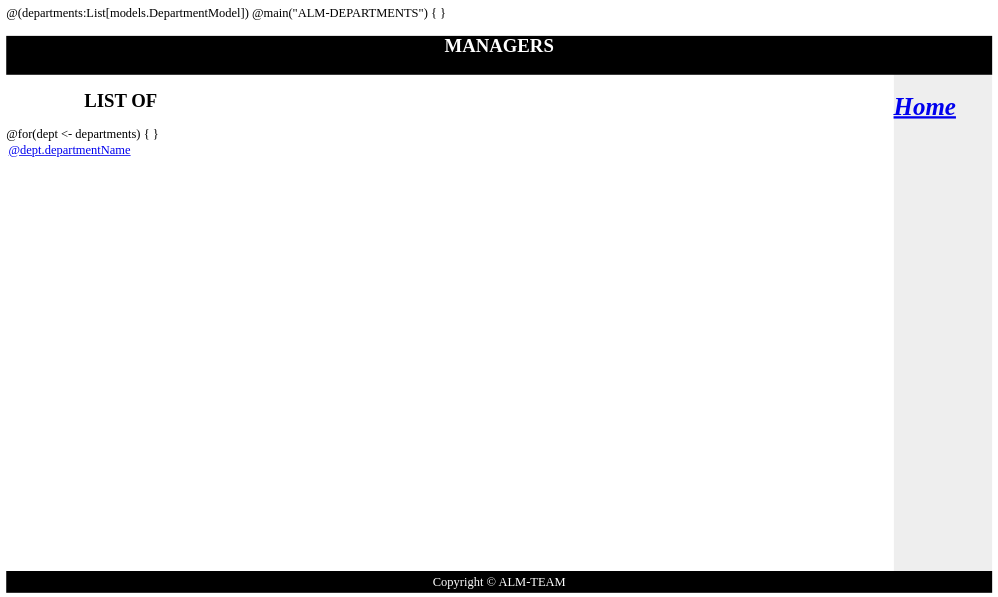
Repository: sumitkum200690/PLAY_SLICK
Page: Play_DB/app/views/allDepartmentPage.scala.html
The author's editor kept a copy of each file at every save. The page is drawn from the files as they stood at one save, then again after the next save.
The browser window is 1280 px wide. The pictures show the whole page, at 78% of full size.

Above is the page before, as saved 2015-09-25 10:31:10.

After the next save:
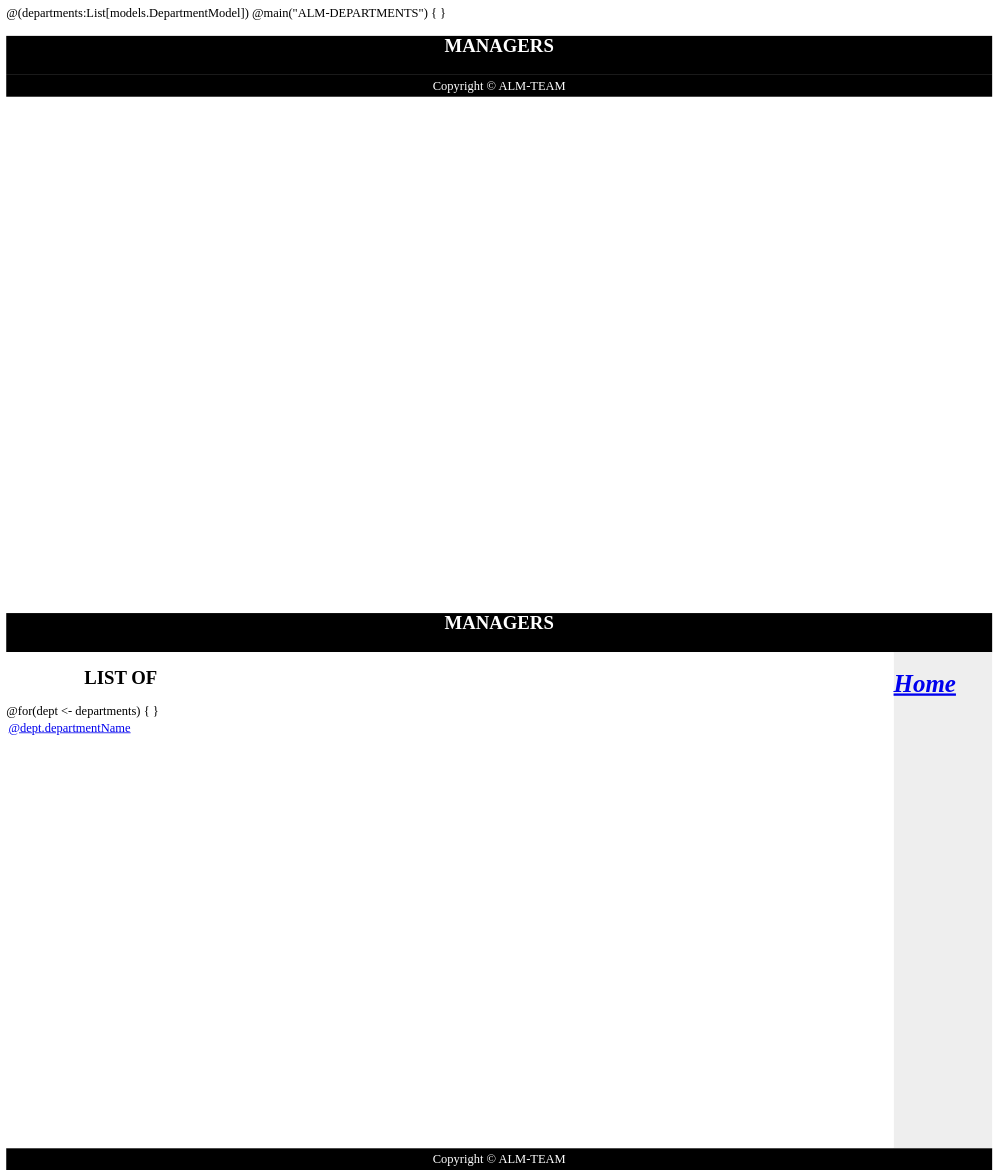
Saved 76 s later.
--- a/Play_DB/app/views/allDepartmentPage.scala.html
+++ b/Play_DB/app/views/allDepartmentPage.scala.html
@@ -139,7 +139,133 @@
 
 	<div id="d3">
 
-		<div id="content">
+
+
+		<div id="footer2">
+		Copyright © ALM-TEAM
+		</div>
+
+	</div>
+
+</div>
+
+
+
+
+
+
+<head>
+<style>
+
+#maindiv{
+	height:100%;
+	width:100%;
+
+}
+
+#header{
+	height:7%;
+	width:100%;
+	background-color:black;
+	color:white;
+	text-align:center;
+
+
+}
+
+
+#d3{
+	height:93%;
+	width:100%;
+	float:left;
+}
+
+#content{
+	height:95%;
+	width:100%;
+
+}
+
+#list{
+	height:100%;
+	width:90%;
+	float:left;
+	background-color:white;
+}
+
+#home{
+	height:100%;
+	width:10%;
+	float:left;
+	background-color:#eeeeee;
+}
+
+#footer{
+	height:5%;
+	width:100%;
+	background-color:black;
+	color:white;
+}
+
+#header2 {
+    background-color:black;
+    color:white;
+    text-align:center;
+    padding:5px;
+}
+
+#section {
+    width:100%;
+    float:left;
+    padding:10px;
+     height: 100%;
+     background-color:blue;
+}
+
+#section2 {
+    width:100%;
+    float:left;
+    padding:10px;
+     height: 100%;
+}
+
+#footer2 {
+    background-color:black;
+    color:white;
+    clear:both;
+    text-align:center;
+   padding:5px;
+
+   margin-bottom: 1px;
+}
+
+
+
+
+</style>
+
+
+</head>
+
+
+
+
+
+
+
+
+<body style="height: 100%; background-color:white" >
+
+<div id="maindiv">
+
+	<div id="header">
+
+	<h2>MANAGERS</h2>
+	</div>
+
+	<div id="d3">
+
+	<div id="content">
 
 			<div id="list">
 				<h2 style="margin-left:100px ">LIST OF </h2>
